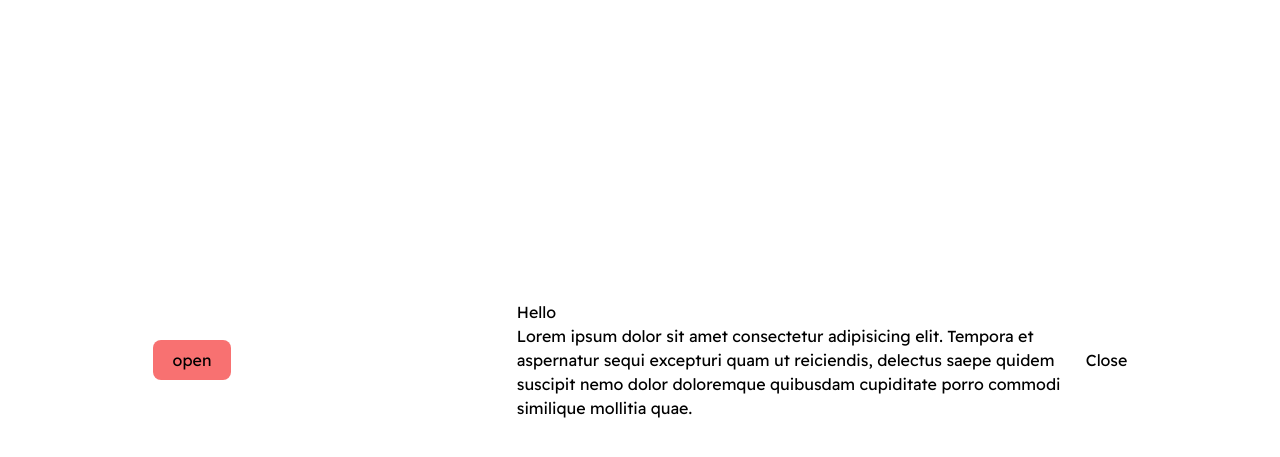
Repository: javals243/Reusable-component
Page: /, after clicking the first element matching `button.bg-red-400`
These files come from the project's save history. The page is drawn as it stood at one moment and after the next save; the edit follows.
The browser window is 1280 px wide. The pictures show the whole page.
The project was rebuilt for these pictures with package versions that can differ from the ones it lists, and the page was loaded fresh each time. The framework's server and built-in components were replaced by stand-ins that run in the browser. Also part of the build but not shown: next.config.js, components/MasonryLayout/MansonryLayout.tsx, components/ProductCard/ProductCard.tsx, styles/Home.module.css, components/UnderlineAnimation/UnderlineAnimation.tsx, components/PurseEffect/PurseEffect.tsx.

Above is the page before, as saved 2023-01-03 11:49:39.

After the next save:
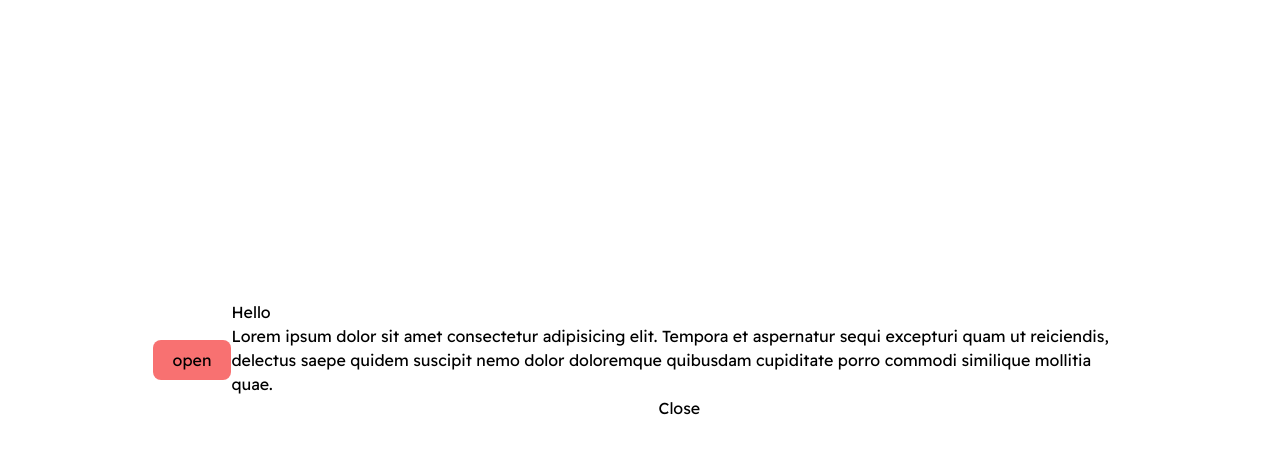
Saved 21 s later.
--- a/components/ModalComponent/ModalComponent.tsx
+++ b/components/ModalComponent/ModalComponent.tsx
@@ -11,7 +11,7 @@ function ModalComponent() {
         open
       </button>
       {modal && (
-        <div className='flex justify-center items-center w-[70vw]'>
+        <div className='flex flex-col justify-center items-center w-[70vw]'>
           <div className="bg-black w-full h-full"></div>
           <div className={styles.modal_content}>
             <h2>Hello </h2>
